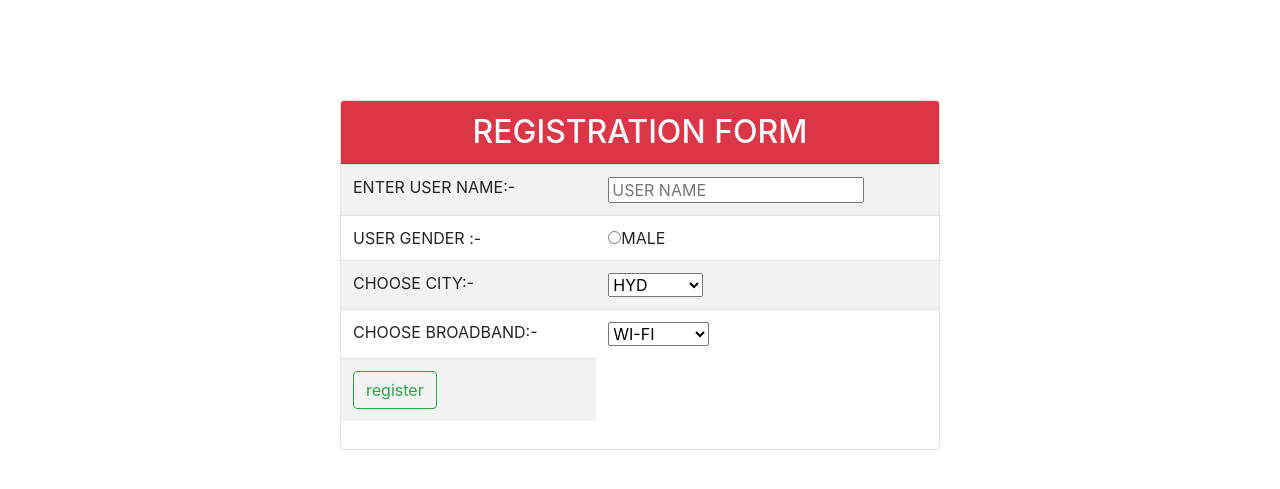
Repository: REDDI-BHARGAV/project
Page: http://localhost/PROJECT/
An editor plug-in stored every save of this project. The page is shown before and after the next save, followed by the edit.
The browser window is 1280 px wide. The pictures show the whole page.
The page is served by Tomcat 9.

Above is the page before, as saved 2022-07-26 11:43:43.

After the next save:
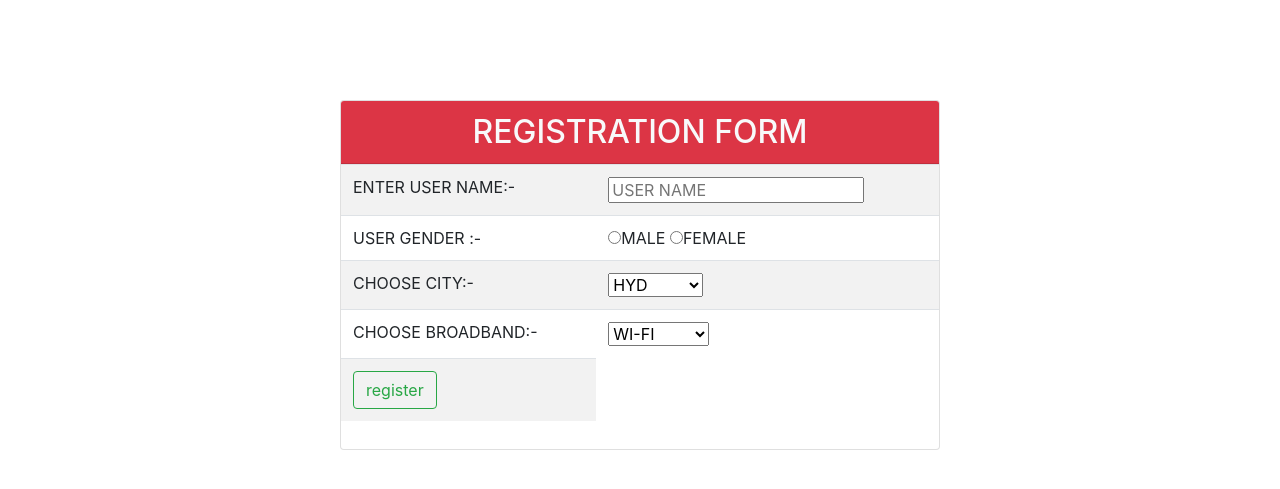
Saved 41 s later.
--- a/PROJECT/src/main/webapp/index.jsp
+++ b/PROJECT/src/main/webapp/index.jsp
@@ -29,7 +29,8 @@
 				</tr>
 				<tr>
 					<td>USER GENDER :-</td>
-					<td><input type="radio" name="gender" value="MALE">MALE</td>
+					<td><input type="radio" name="gender" value="MALE">MALE
+					<input type="radio" name="gender" value="FEMALE">FEMALE</td>
 
 
 				</tr>
